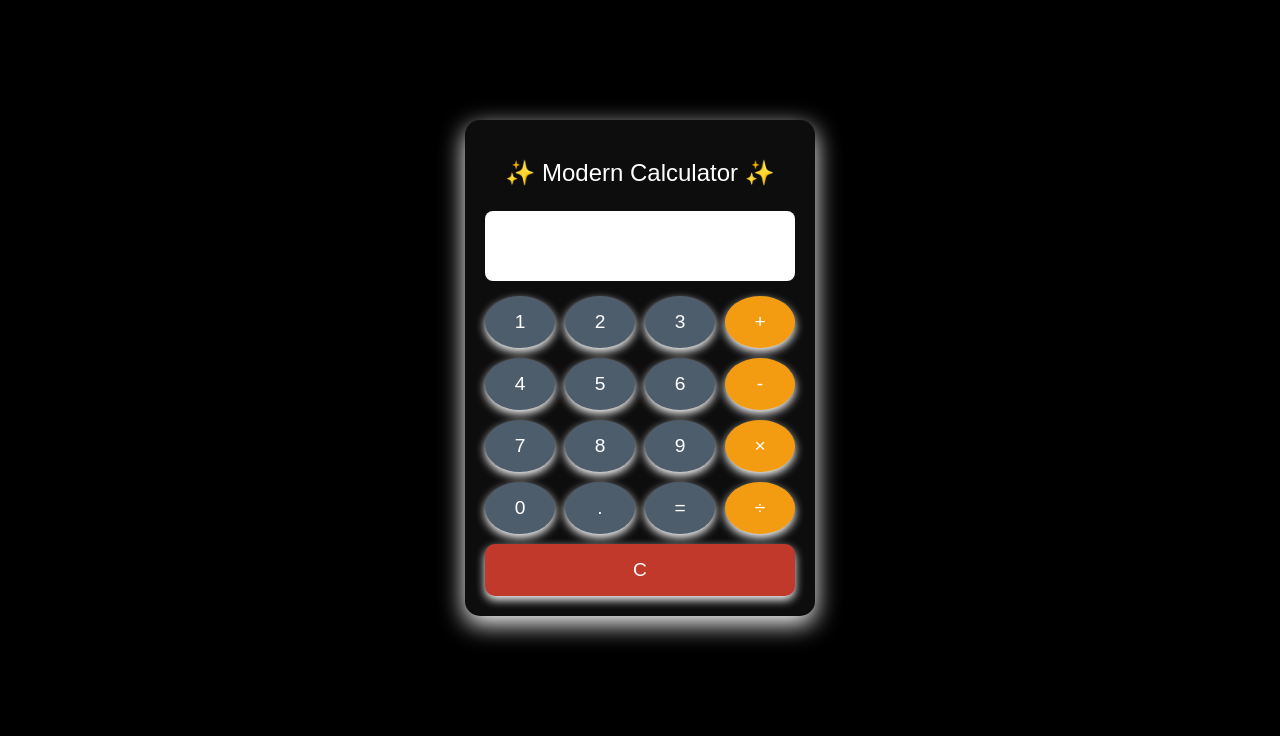
Repository: hawamubarakk/Calculator
Page: calculator.html
The author's editor kept a copy of each file at every save. The page is drawn from the files as they stood at one save, then again after the next save.
The browser window is 1280 px wide. The pictures show the whole page.

Above is the page before, as saved 2025-08-15 21:56:42.

After the next save:
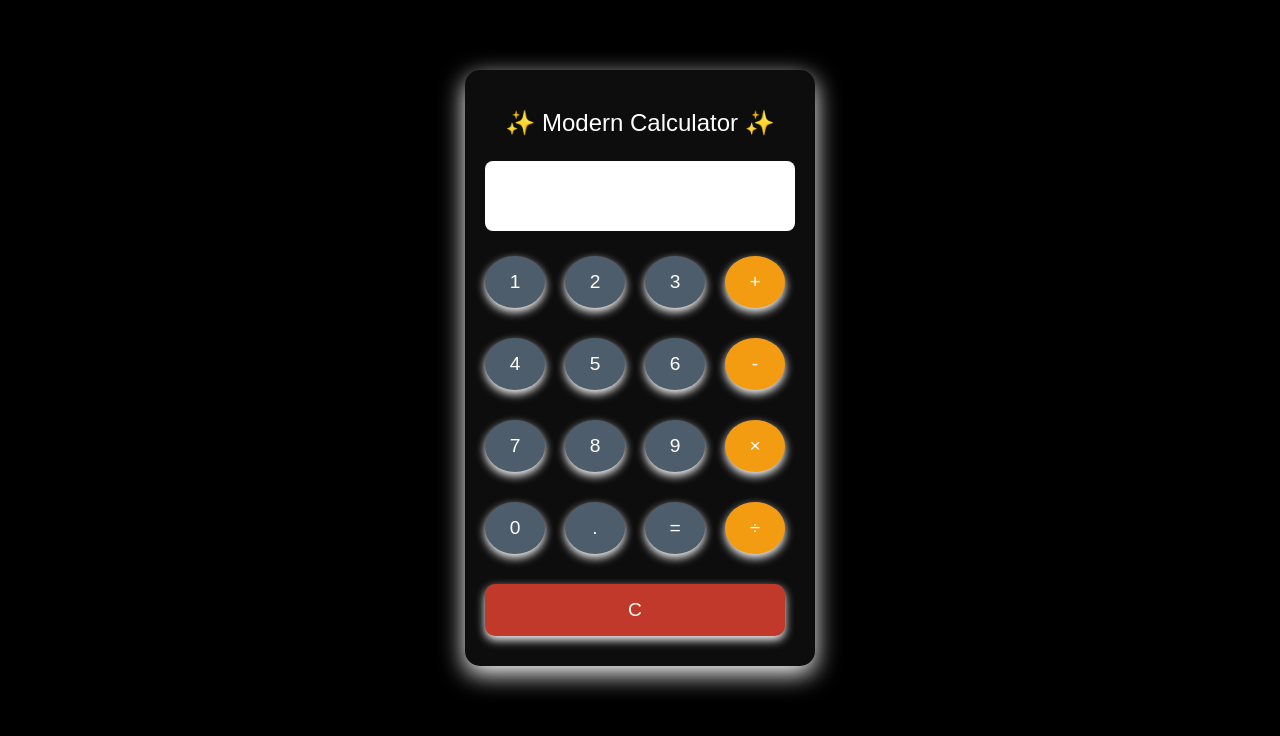
Saved 102 s later.
--- a/style.css
+++ b/style.css
@@ -48,6 +48,9 @@ button {
   cursor: pointer;
   transition: transform 0.15s ease;
   box-shadow: 0 4px 10px white;
+  margin-top: 10px;
+  margin-bottom: 10px;
+  margin-right: 10px;
 }
 
 button:hover {
